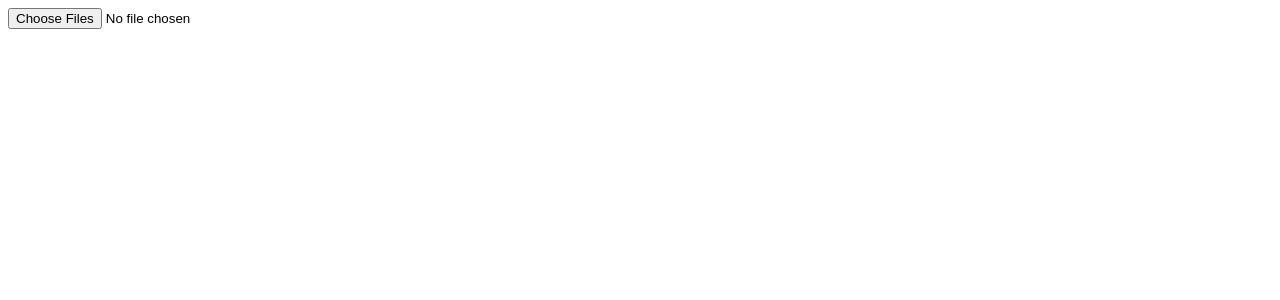
Repository: pauljinn/Java-Course
Page: http://localhost/FileUploadDemo/
The author's editor kept a copy of each file at every save. The page is drawn from the files as they stood at one save, then again after the next save.
The browser window is 1280 px wide. The pictures show the whole page.
The page is served by Tomcat 9.

Above is the page before, as saved 2025-02-26 07:06:31.

### FileUploadDemo/src/main/webapp/index.jsp
<html>
<body>

<input type ="file" multiple="multiple"/>
</body>
</html>

After the next save:
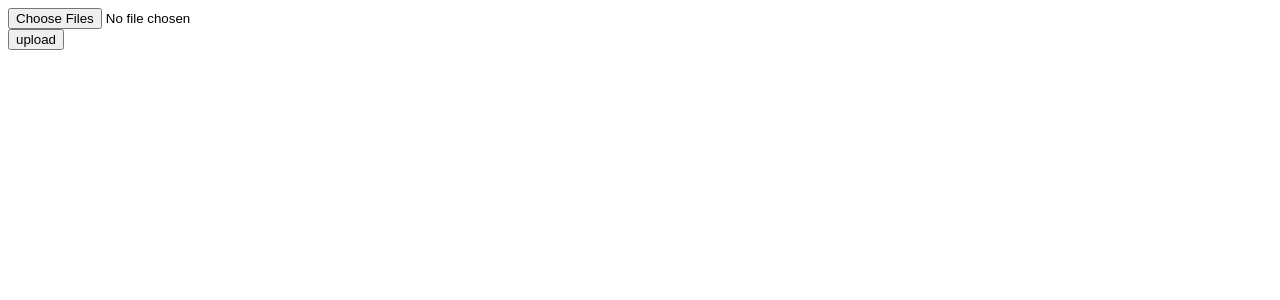
Saved 25 s later.
--- a/FileUploadDemo/src/main/webapp/index.jsp
+++ b/FileUploadDemo/src/main/webapp/index.jsp
@@ -2,5 +2,7 @@
 <body>
 
 <input type ="file" multiple="multiple"/>
+<br/>
+<input type="submit" value = "upload"/>
 </body>
 </html>
